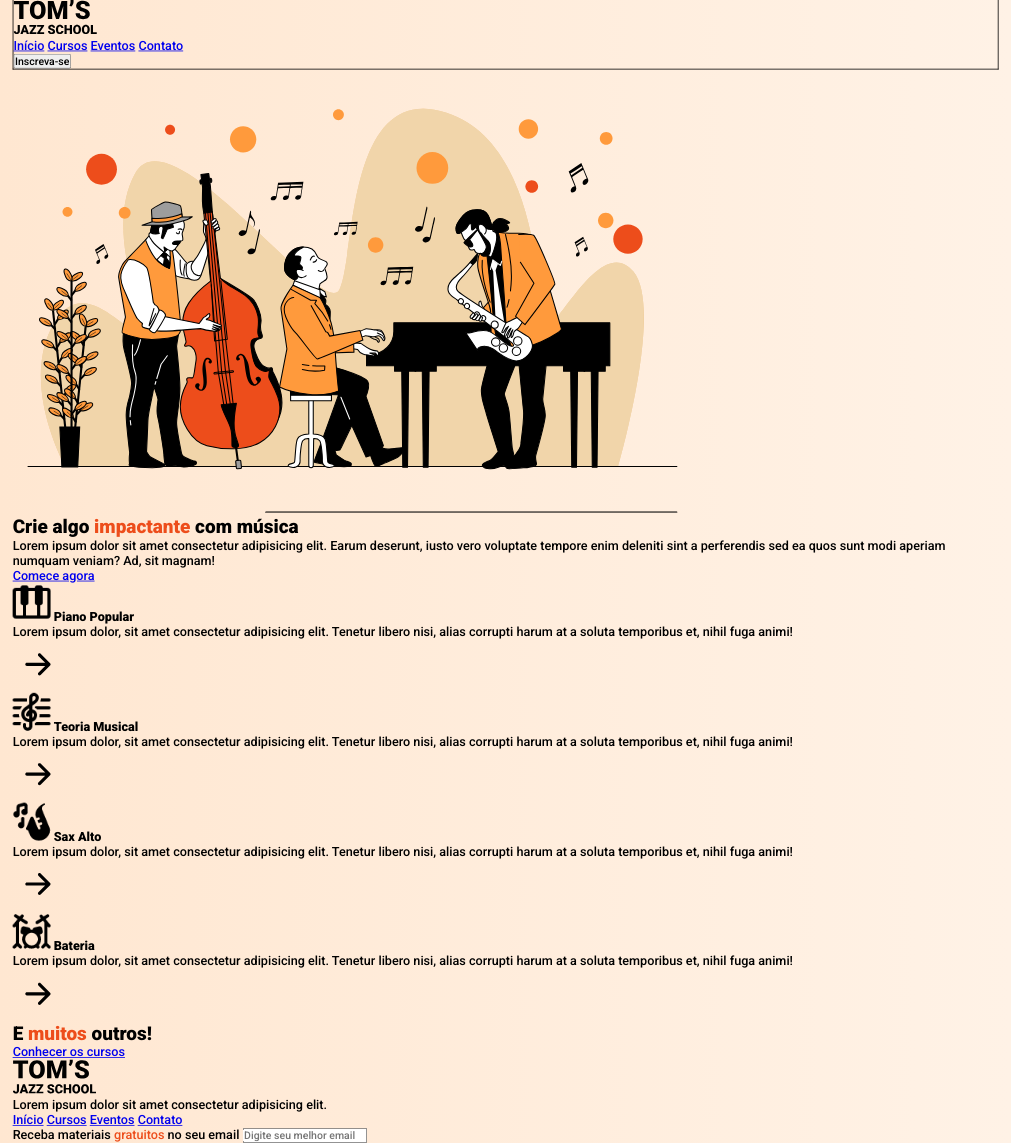
Repository: tenoriodasilva31/OBC-Music-School
Page: index.html
The author's editor kept a copy of each file at every save. The page is drawn from the files as they stood at one save, then again after the next save.
The browser window is 1280 px wide. The pictures show the whole page, at 79% of full size.

Above is the page before, as saved 2023-07-05 17:08:33.

After the next save:
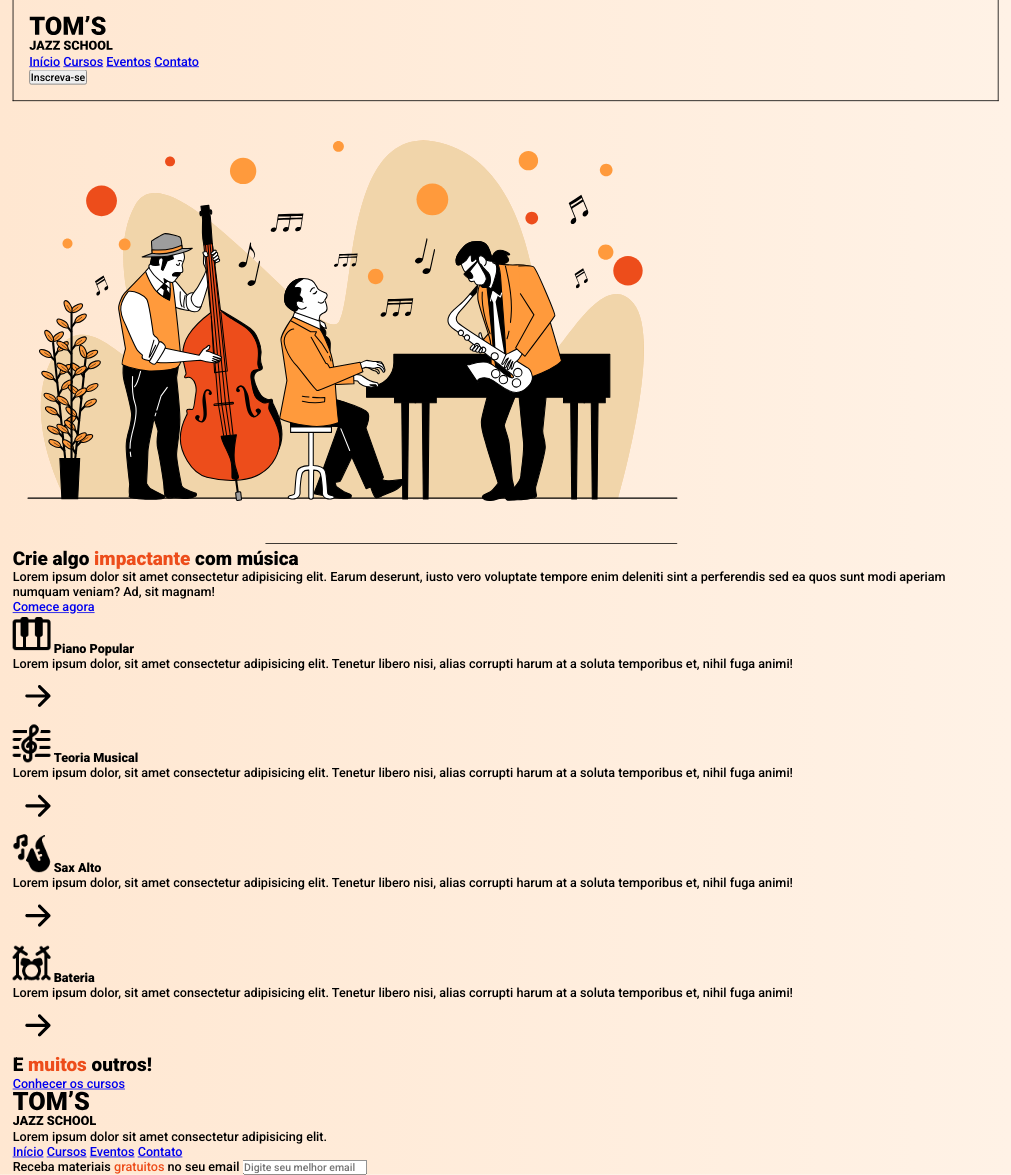
Saved 10 s later.
--- a/index.css
+++ b/index.css
@@ -21,6 +21,7 @@ header {
     border-color: var(--color-black);
     border-style: solid;
     border-width: 0 1px 1px 1px;
+    padding: 1.25rem;
 }
 
 .mt-1 {
